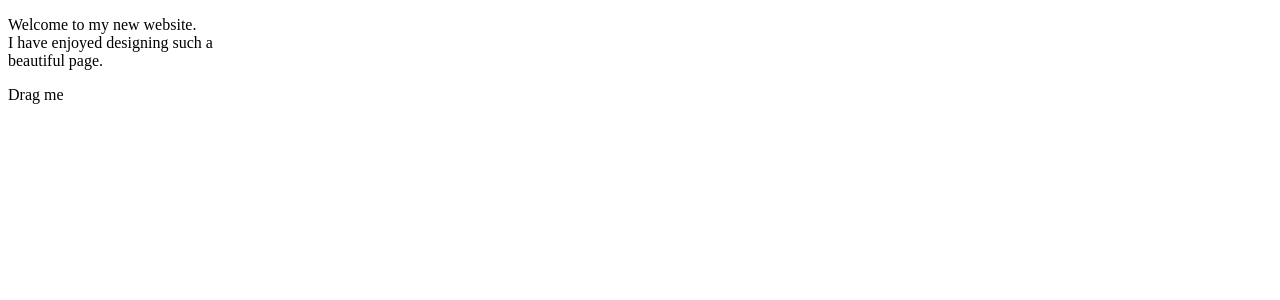
Repository: washi86/EclipseWorkspaceRepo
Page: test/WebContent/NewFile.html
The author's editor kept a copy of each file at every save. The page is drawn from the files as they stood at one save, then again after the next save.
The browser window is 1280 px wide. The pictures show the whole page.

Above is the page before, as saved 2014-04-28 22:02:04.

After the next save:
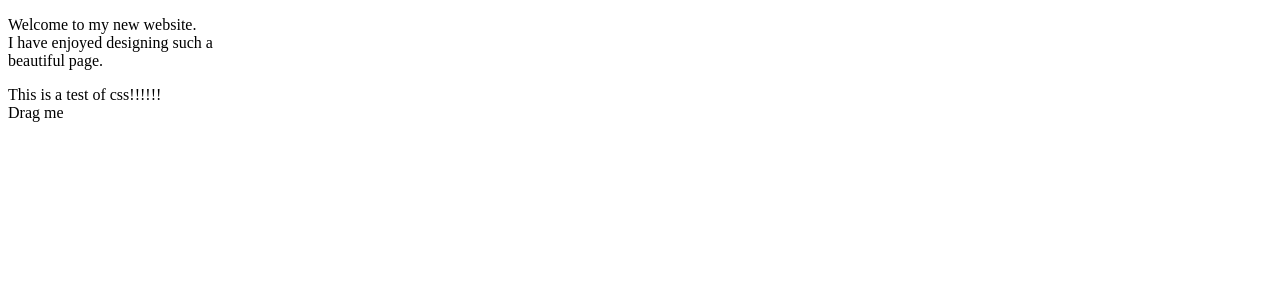
Saved 8 s later.
--- a/test/WebContent/NewFile.html
+++ b/test/WebContent/NewFile.html
@@ -12,7 +12,12 @@
 <body>
 
 	<p>
-	Welcome to my new website.<br>I have enjoyed designing such a <br>beautiful page.</p>
+	Welcome to my new website.<br>I have enjoyed designing such a <br>beautiful page.
+	</p>
+
+	<div class = "testclass">
+		This is a test of css!!!!!!
+	</div>
 
 	<span id="drag">Drag me</span>
 
